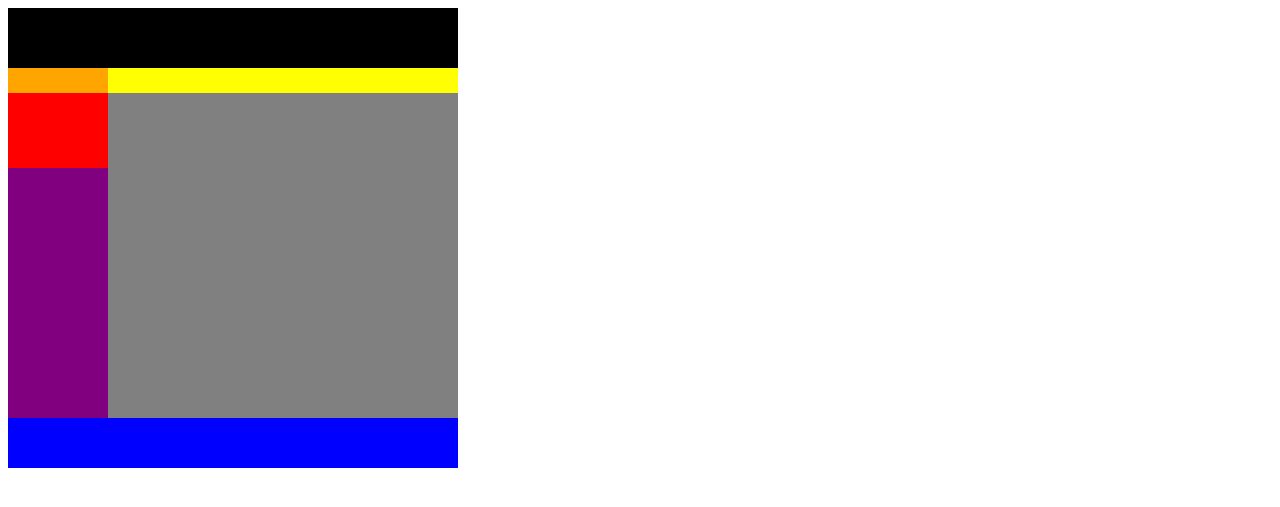
Repository: marudaga/html-css-lecture
Page: work/study/src/main/webapp/htmlEx/ch03/myQuizpicture.html
These files come from the project's save history. The page is drawn as it stood at one moment and after the next save; the edit follows.
The browser window is 1280 px wide. The pictures show the whole page.

Above is the page before, as saved 2022-09-06 09:24:24.

### work/study/src/main/webapp/htmlEx/ch03/myQuizpicture.html
<!DOCTYPE html>
<html>
<head>
<meta charset="UTF-8">
<title>이상한 그림</title>
<style type="text/css">
.box { /*line-height: 줄간격 */
	width: 450px;
	line-height: 0px;
	text-align: center;
}
</style>
</head>
<body  style=" text-align: center;line-height: 0px;">
	<div style=" height: 500px; width:450px; line-height: 0px;">
		<div class="box"
			style="background: black; height: 60px; text-align: center;"></div>
		<div class="box">
			<div
				style="background: orange; float: left; width: 100px; height: 25px; text-align: center;"></div>
			<div
				style="background: yellow; float: right; width: 350px; height: 25px; text-align: center;"></div>
		</div>
		<div class="box" style="text-align: center;">
			<div
				style="background: red; float: left; width: 100px; height: 75px;"></div>
			<div
				style="background: gray; float: right; width: 350px; height: 75px; text-align: center;"></div>
		</div>
		<div class="box">
			<div
				style="background: purple; float: left; width: 100px; height: 250px;"></div>
			<div
				style="background: gray; float: right; width: 350px; height: 250px;"></div>
		</div>
		<div class="box" style="background: blue; height: 50px; clear: both;"></div>
	</div>
</body>
</html>

After the next save:
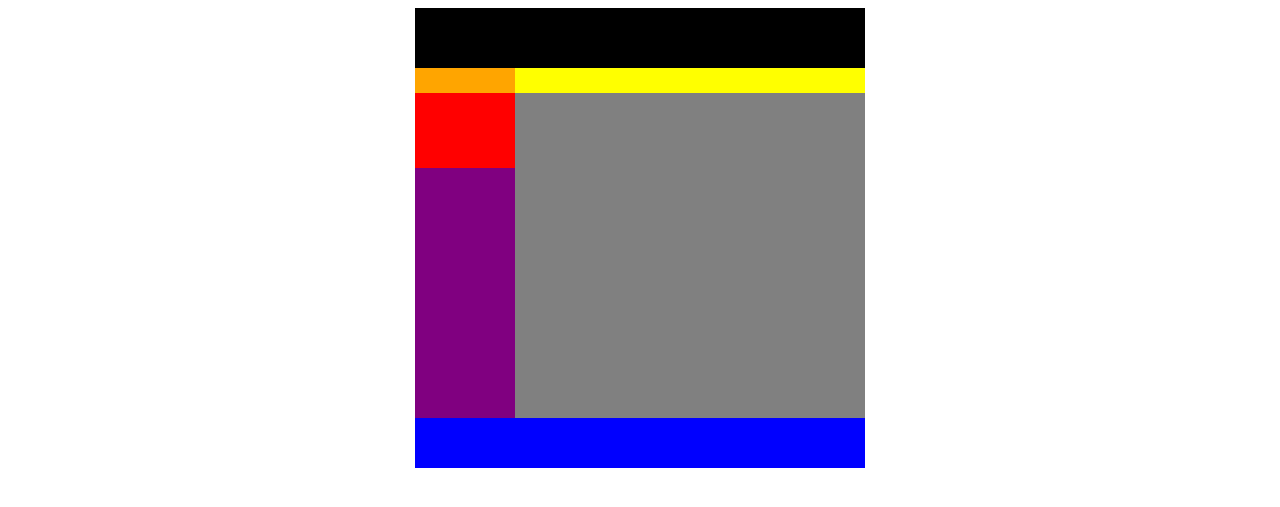
Saved 10 s later.
--- a/work/study/src/main/webapp/htmlEx/ch03/myQuizpicture.html
+++ b/work/study/src/main/webapp/htmlEx/ch03/myQuizpicture.html
@@ -11,8 +11,8 @@
 }
 </style>
 </head>
-<body  style=" text-align: center;line-height: 0px;">
-	<div style=" height: 500px; width:450px; line-height: 0px;">
+<body  style=" text-align: center;">
+	<div style=" height: 500px; width:450px; line-height: 0px; margin: 0 auto;">
 		<div class="box"
 			style="background: black; height: 60px; text-align: center;"></div>
 		<div class="box">
